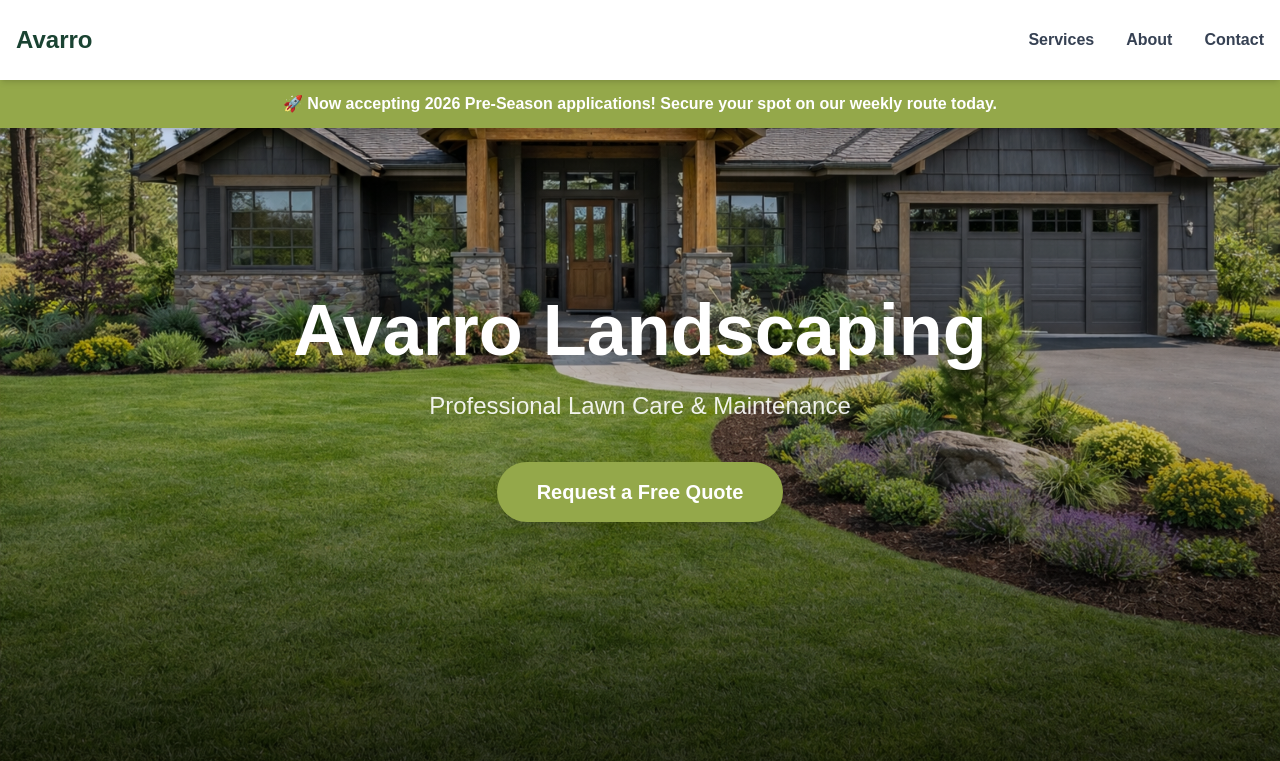
Repository: KalebMalone/Avarro
Page: /
The author's editor kept a copy of each file at every save. The page is drawn from the files as they stood at one save, then again after the next save.
The browser window is 1280 px wide. The pictures show the part of the page from y = 0 to 761 px (the page is 4291 px tall before and 4284 px after).
Pictures or frames that could not be fetched are drawn as grey boxes. Backgrounds fixed to the window are drawn as part of the page. The project was rebuilt for these pictures with package versions that can differ from the ones it lists, and the page was loaded fresh each time. Also part of the build but not shown: vite.config.js, src/pages/ServicesPage.jsx, src/pages/About.jsx, src/pages/Contact.jsx.

Above is the page before, as saved 2026-01-28 16:25:38.

After the next save:
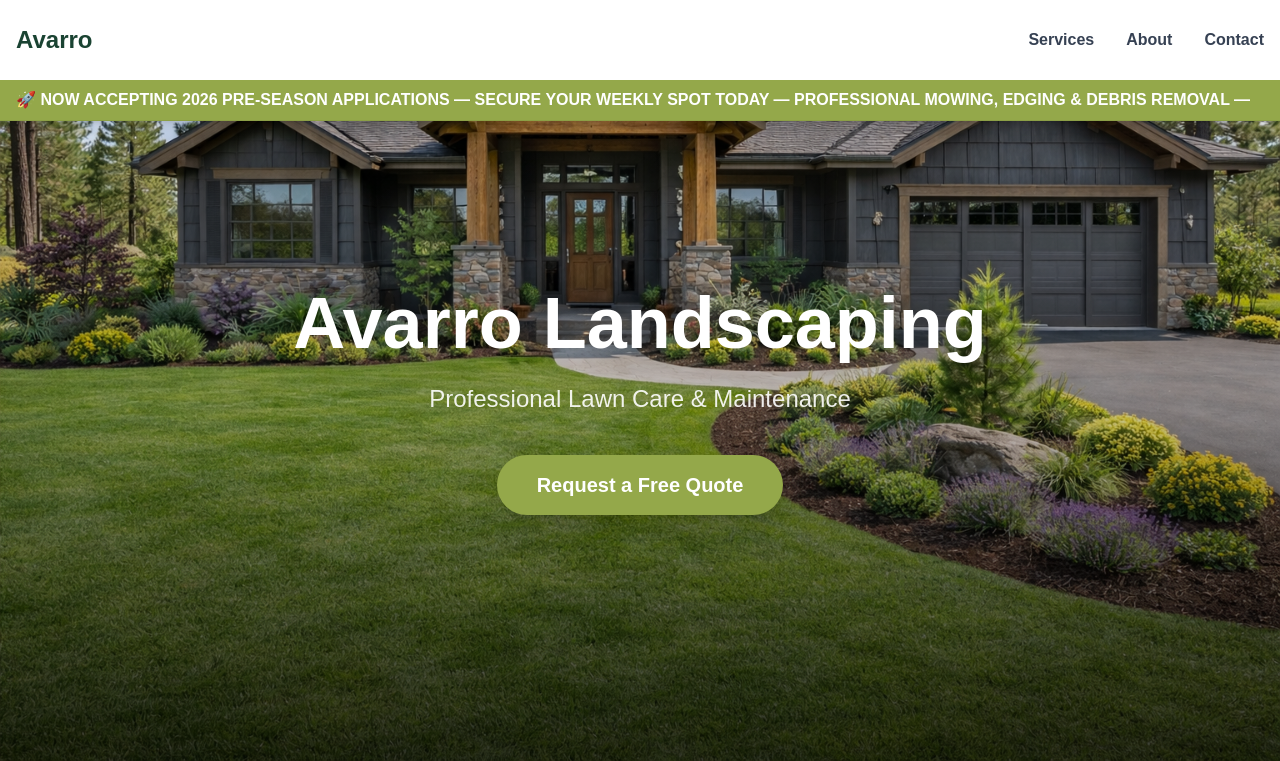
Saved 4 min 32 s later.
--- a/src/pages/Home.jsx
+++ b/src/pages/Home.jsx
@@ -5,14 +5,22 @@
 export default function Home() {
     return (
         <div className="bg-white">
-            {/* 2026 Pre-Season Banner */}
-            <div className="bg-[#94a84a] text-white py-3 px-6 text-center font-bold text-sm md:text-base sticky top-0 z-50 shadow-md">
-                🚀 Now accepting 2026 Pre-Season applications! Secure your spot on our weekly route today.
+            {/* Sticky Moving Banner */}
+            <div className="sticky top-0 z-[100] bg-[#94a84a] text-white py-2 overflow-hidden shadow-lg border-b border-black/5">
+                <div className="whitespace-nowrap flex animate-marquee">
+                    <span className="text-sm md:text-base font-bold px-4">
+                        🚀 NOW ACCEPTING 2026 PRE-SEASON APPLICATIONS — SECURE YOUR WEEKLY SPOT TODAY — PROFESSIONAL MOWING, EDGING & DEBRIS REMOVAL —
+                    </span>
+                    {/* Repeated text for seamless loop */}
+                    <span className="text-sm md:text-base font-bold px-4">
+                        🚀 NOW ACCEPTING 2026 PRE-SEASON APPLICATIONS — SECURE YOUR WEEKLY SPOT TODAY — PROFESSIONAL MOWING, EDGING & DEBRIS REMOVAL —
+                    </span>
+                </div>
             </div>
 
             <Hero />
 
-            {/* Services Section */}
+            {/* Core Services Section */}
             <section className="relative py-24 px-6 bg-[url('YOUR_IMAGE_PATH_HERE')] bg-fixed bg-cover bg-[position:center_bottom]">
                 <div className="absolute inset-0 bg-white/92"></div>
                 <div className="relative max-w-6xl mx-auto">
@@ -30,7 +38,6 @@
                         <h2 className="text-3xl font-bold mb-4 text-white">Need something else?</h2>
                         <p className="text-xl opacity-90 mb-8">
                             From **debris removal** and branch hauling to unique garden projects—we handle custom requests.
-                            If your property needs a specific fix, just ask.
                         </p>
                         <Link
                             to="/contact"
@@ -50,25 +57,25 @@
                     </h2>
 
                     <div className="grid grid-cols-1 sm:grid-cols-2 lg:grid-cols-4 gap-8">
-                        <div className="p-4">
-                            <div className="text-[#94a84a] text-5xl font-black mb-4 opacity-20">01</div>
-                            <h4 className="text-xl font-bold text-[#1a4332] mb-3">Mowing</h4>
-                            <p className="text-gray-600 text-sm">Precision cutting at the right height.</p>
+                        <div className="p-4 group">
+                            <div className="text-[#94a84a] text-5xl font-black mb-4 opacity-20 group-hover:opacity-100 transition-opacity">01</div>
+                            <h4 className="text-xl font-bold text-[#1a4332] mb-3 text-center">Mowing</h4>
+                            <p className="text-gray-600 text-sm text-center">Precision cutting at the ideal height for your lawn's health.</p>
                         </div>
-                        <div className="p-4">
-                            <div className="text-[#94a84a] text-5xl font-black mb-4 opacity-20">02</div>
-                            <h4 className="text-xl font-bold text-[#1a4332] mb-3">Edging</h4>
-                            <p className="text-gray-600 text-sm">Clean lines for all walkways and beds.</p>
+                        <div className="p-4 group">
+                            <div className="text-[#94a84a] text-5xl font-black mb-4 opacity-20 group-hover:opacity-100 transition-opacity">02</div>
+                            <h4 className="text-xl font-bold text-[#1a4332] mb-3 text-center">Edging</h4>
+                            <p className="text-gray-600 text-sm text-center">Clean, vertical lines for all walkways and garden beds.</p>
                         </div>
-                        <div className="p-4">
-                            <div className="text-[#94a84a] text-5xl font-black mb-4 opacity-20">03</div>
-                            <h4 className="text-xl font-bold text-[#1a4332] mb-3">Weeding</h4>
-                            <p className="text-gray-600 text-sm">Targeted removal for a manicured look.</p>
+                        <div className="p-4 group">
+                            <div className="text-[#94a84a] text-5xl font-black mb-4 opacity-20 group-hover:opacity-100 transition-opacity">03</div>
+                            <h4 className="text-xl font-bold text-[#1a4332] mb-3 text-center">Weeding</h4>
+                            <p className="text-gray-600 text-sm text-center">Targeted removal in beds and pavement cracks.</p>
                         </div>
-                        <div className="p-4">
-                            <div className="text-[#94a84a] text-5xl font-black mb-4 opacity-20">04</div>
-                            <h4 className="text-xl font-bold text-[#1a4332] mb-3">Blowing</h4>
-                            <p className="text-gray-600 text-sm">Leaving driveways and patios spotless.</p>
+                        <div className="p-4 group">
+                            <div className="text-[#94a84a] text-5xl font-black mb-4 opacity-20 group-hover:opacity-100 transition-opacity">04</div>
+                            <h4 className="text-xl font-bold text-[#1a4332] mb-3 text-center">Blowing</h4>
+                            <p className="text-gray-600 text-sm text-center">Leaving your driveways and patios spotless every visit.</p>
                         </div>
                     </div>
                 </div>
